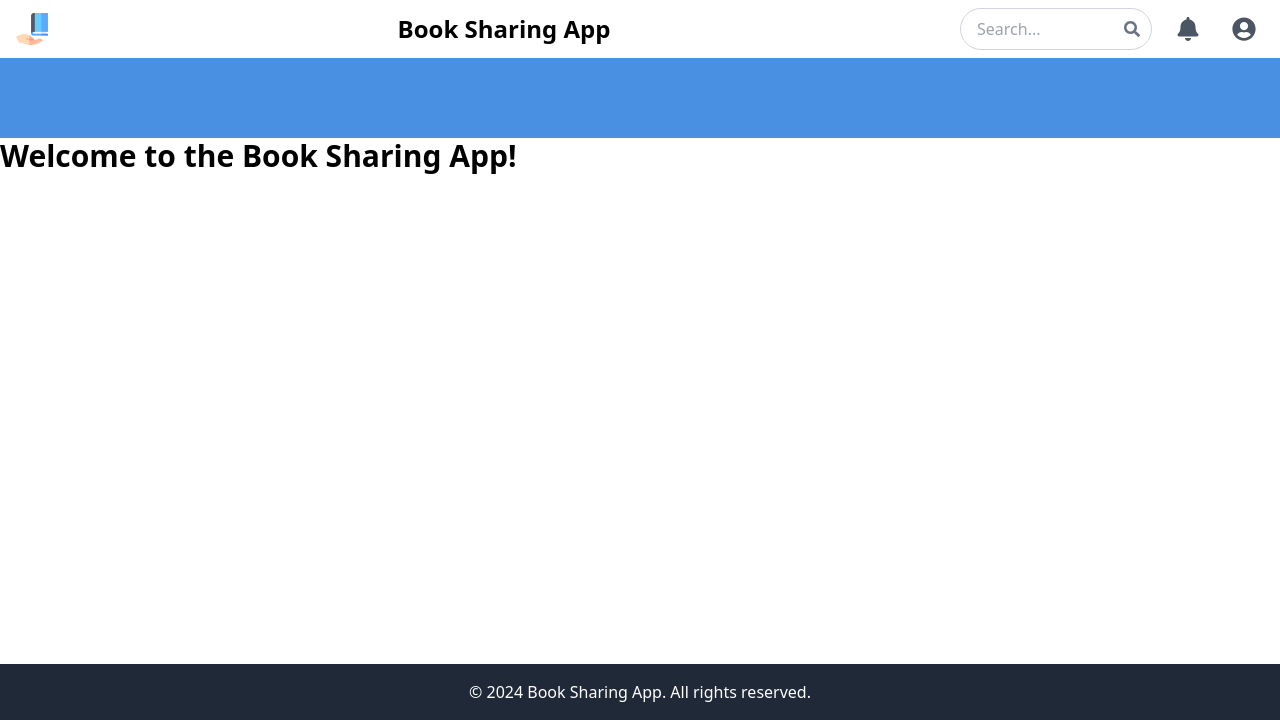
Repository: arjosephine/Book-buddy
Page: /
An editor plug-in stored every save of this project. The page is shown before and after the next save, followed by the edit.
The browser window is 1280 px wide. The pictures show the whole page.
The project was rebuilt for these pictures with package versions that can differ from the ones it lists, and the page was loaded fresh each time.

Above is the page before, as saved 2024-08-20 17:22:05.

After the next save:
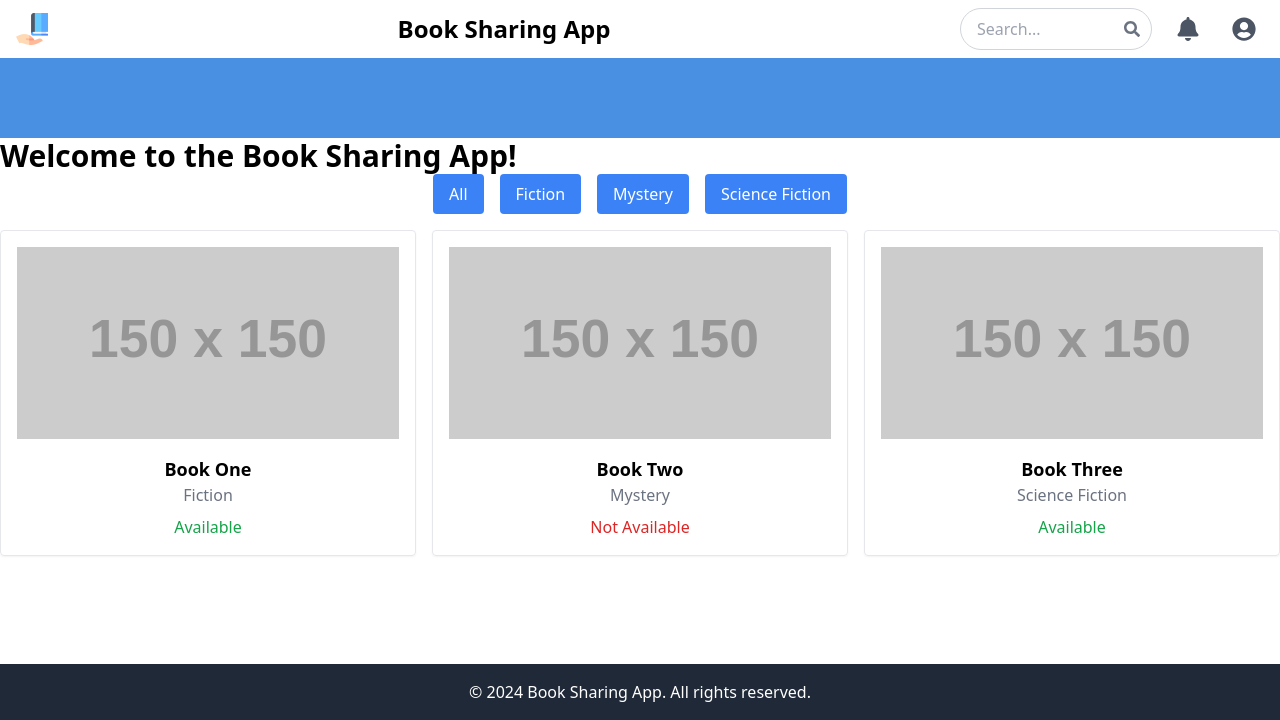
Saved 9 s later.
--- a/src/pages/Home.tsx
+++ b/src/pages/Home.tsx
@@ -1,13 +1,15 @@
 // src/pages/Home.tsx
 import React from 'react';
-import Banner from '../components/Banner'; // Adjust path as needed
+import Banner from '../components/Banner';
+import BookList from '../components/BookList'; // Adjust path as needed
 
 const Home: React.FC = () => {
   return (
     <div>
       <Banner />
       <h1 className="text-3xl font-bold">Welcome to the Book Sharing App!</h1>
-      {/* Add more content for the Home page */}
+      <BookList />
+      {/* Add more content for the Home page if needed */}
     </div>
   );
 };
